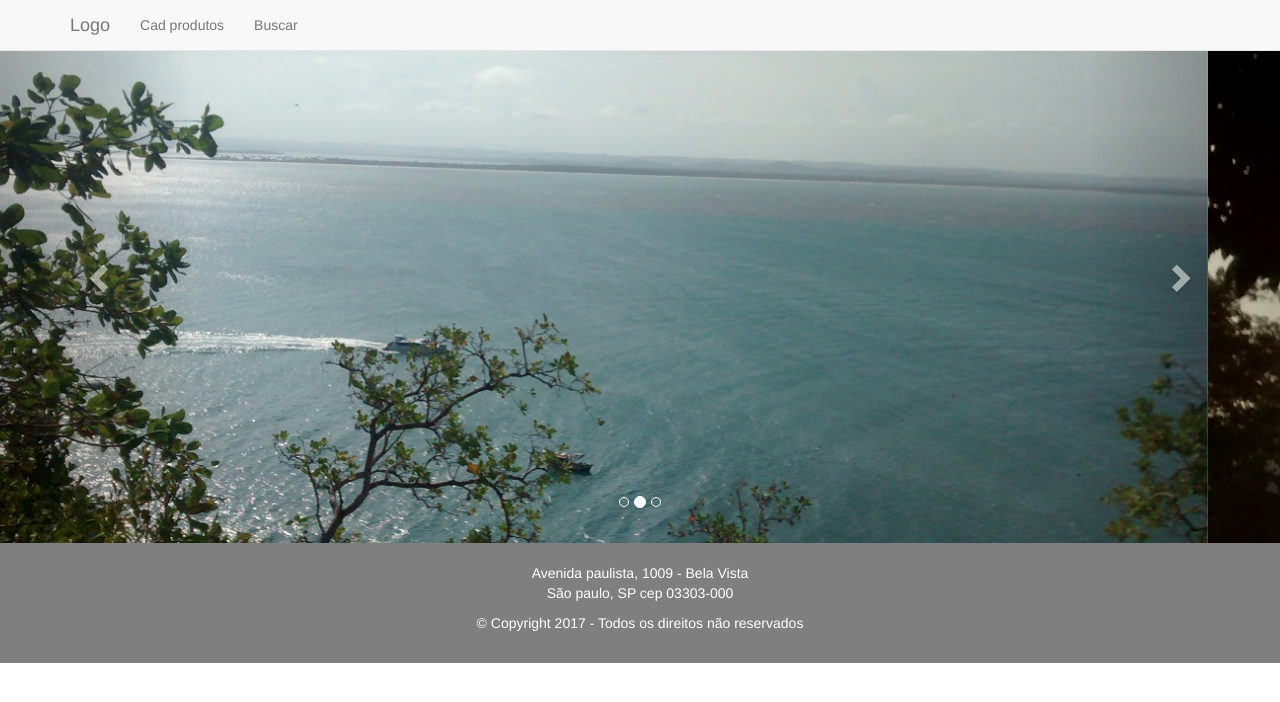
Repository: NicholasMaestrello/treinamento-impacta
Page: http://localhost/07_GestaoProdutos/
These files come from the project's save history. The page is drawn as it stood at one moment and after the next save; the edit follows.
The browser window is 1280 px wide. The pictures show the whole page.
Some web libraries are served in a nearby version. The page is served by Tomcat 9.

Above is the page before, as saved 2017-10-24 18:12:44.

After the next save:
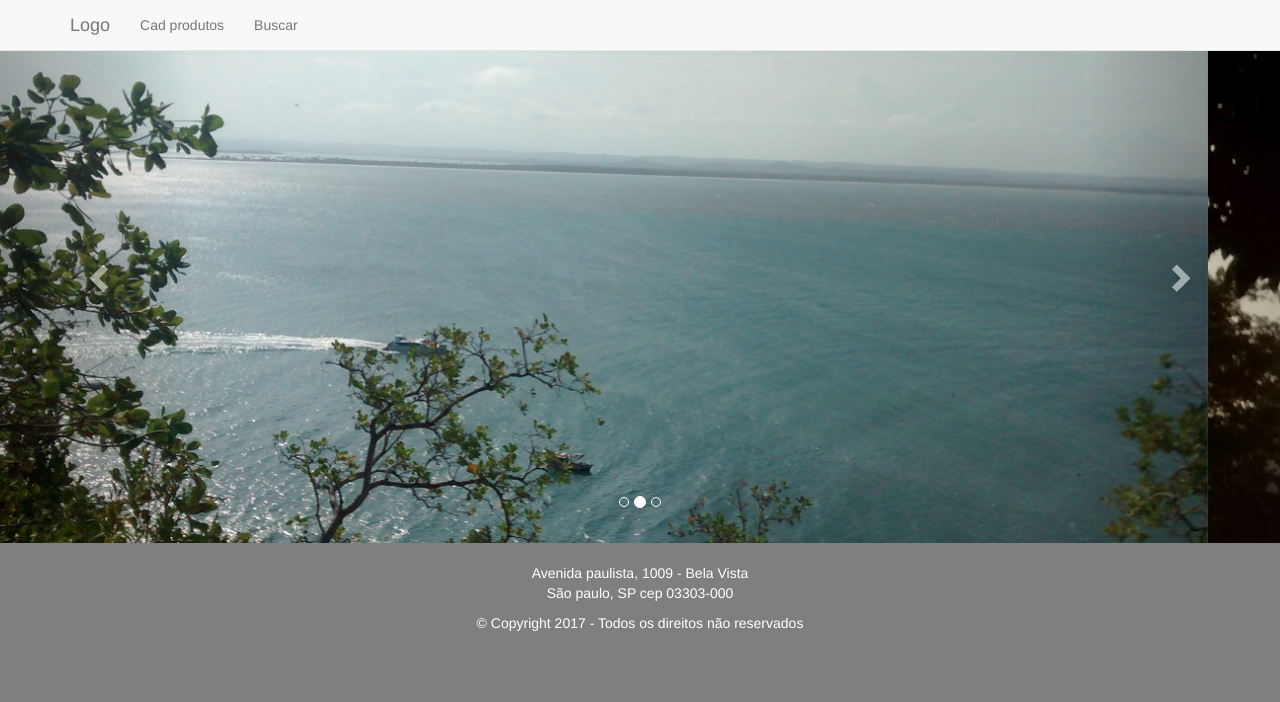
Saved 13 s later.
--- a/DesenvolvimentoJava/Modulo06/07_GestaoProdutos/WebContent/css/main.css
+++ b/DesenvolvimentoJava/Modulo06/07_GestaoProdutos/WebContent/css/main.css
@@ -11,6 +11,7 @@
 
 body{
 	height: 100%;
+	background-color: #7F7F7F;
 }
 
 footer{
